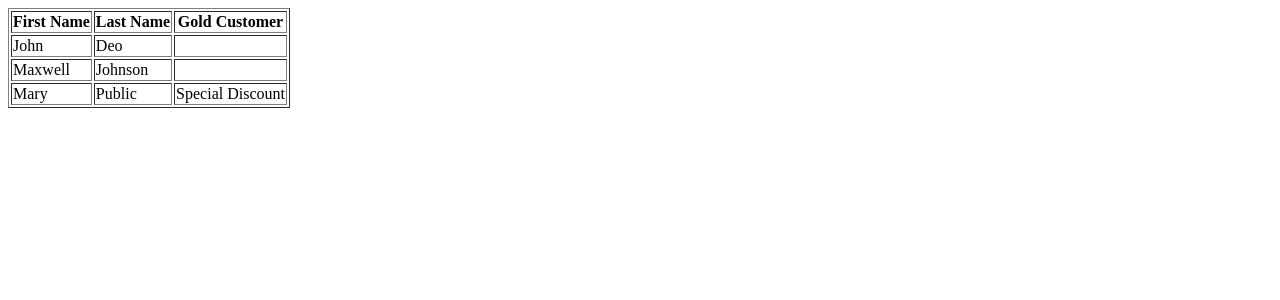
Repository: aashigupta165/advance-java
Page: http://localhost/notes/foreach-student-test.jsp
These files come from the project's save history. The page is drawn as it stood at one moment and after the next save; the edit follows.
The browser window is 1280 px wide. The pictures show the whole page.
The page is served by Tomcat 9. Nobody is signed in. The application's start-up code is not run.

Above is the page before, as saved 2019-08-23 18:44:05.

After the next save:
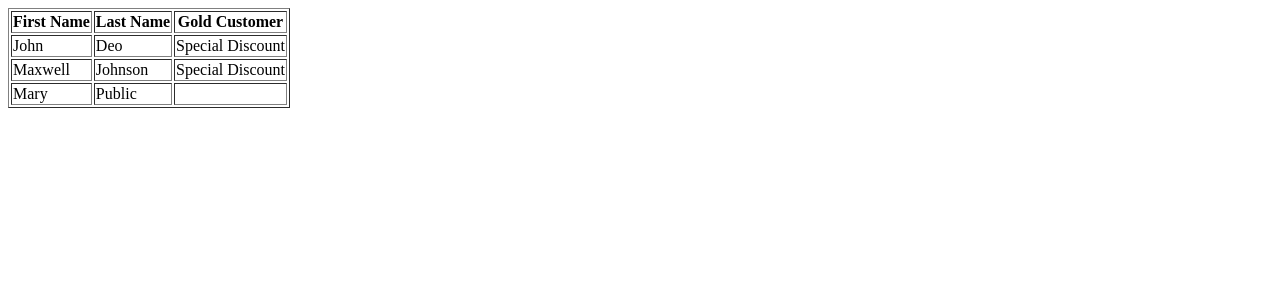
Saved 113 s later.
--- a/notes/WebContent/foreach-student-test.jsp
+++ b/notes/WebContent/foreach-student-test.jsp
@@ -32,7 +32,7 @@ pageContext.setAttribute("myStudents", data);
 <td>${tempStudent.firstName}</td>
 <td>${tempStudent.lastName}</td>
 <td>
-<c:if test="${tempStudent.goldCustomer}">
+<c:if test="${not tempStudent.goldCustomer}">
 Special Discount
 </c:if>
 </td>
